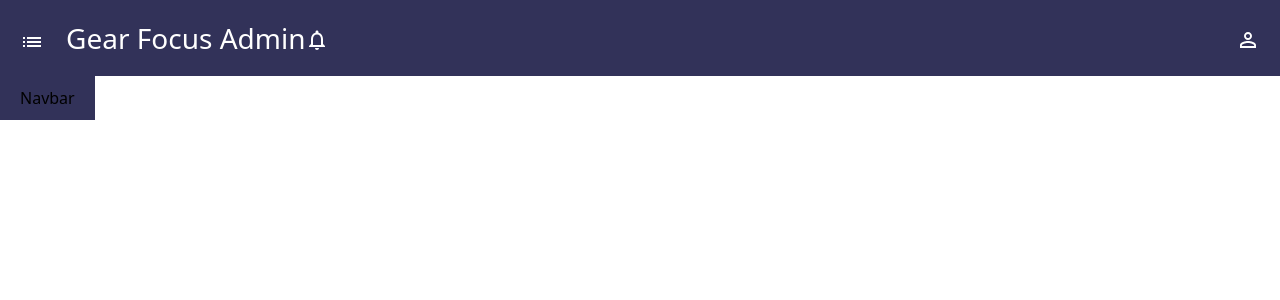
Repository: Kiendz3202/projectFinalPGS
Page: /
An editor plug-in stored every save of this project. The page is shown before and after the next save, followed by the edit.
The browser window is 1280 px wide. The pictures show the whole page.
The project was rebuilt for these pictures with package versions that can differ from the ones it lists, and the page was loaded fresh each time. Also part of the build but not shown: src/App.css.

Above is the page before, as saved 2022-03-07 22:51:03.

### src/index.tsx
import React from 'react';
import ReactDOM from 'react-dom';
import './index.css';
import App from './App';
import { BrowserRouter} from 'react-router-dom'

ReactDOM.render(
  <BrowserRouter>
    <App />
  </BrowserRouter>,
  document.getElementById('root')
);

### src/App.tsx
import React, { Fragment } from 'react';
import logo from './logo.svg';
import './App.css';
import LoginPage from './pages/LoginPage';
import Router from './Router';
import Header from './components/header/Header';
import Navbar from './components/navbar/Navbar';

function App() {
  return (
    <Fragment>
    <Header />
    <div className='flex w-full'>
    <Navbar />
    {/* <Router /> */}
    </div>
    </Fragment>
  );
}

export default App;

### src/components/header/Header.tsx
import React from 'react'
import ListIcon from '@mui/icons-material/List';
import NotificationsNoneIcon from '@mui/icons-material/NotificationsNone';
import PersonOutlineIcon from '@mui/icons-material/PersonOutline';

function Header() {
  return (
    <div className='w-full p-[20px] bg-[#323259] text-white'>
        <div className='w-full flex justify-between h-[36px] '>
        <div className='leading-[36px]'>
            <ul className='flex'>
                <li className='text-[28px] mr-[22px]'><ListIcon /></li>
                <li className='text-[28px]'>Gear Focus Admin</li>
                <li className=' text-[20px]'><NotificationsNoneIcon /></li>
            </ul>
        </div>
        <div className='leading-[36px]'>
            <PersonOutlineIcon />
        </div>
        </div>
    </div>
  )
}

export default Header

### src/components/navbar/Navbar.tsx
import React from 'react'

function Navbar() {
  return (
    <div className=' max-w-[216px] px-[20px] py-[10px] h-full bg-[#323259]'>Navbar</div>
  )
}

export default Navbar

Loaded but not shown: public/index.html (common file); src/index.css (common file); tailwind.config.js (common file)

After the next save:
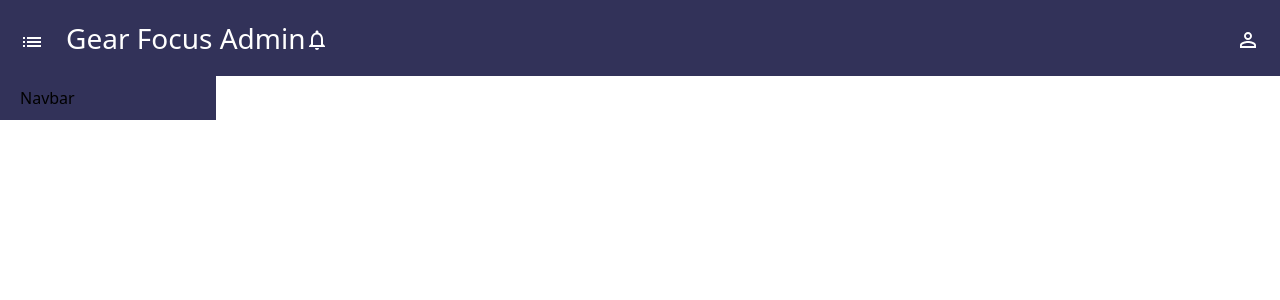
Saved 15 s later.
--- a/src/components/navbar/Navbar.tsx
+++ b/src/components/navbar/Navbar.tsx
@@ -2,7 +2,7 @@ import React from 'react'
 
 function Navbar() {
   return (
-    <div className=' max-w-[216px] px-[20px] py-[10px] h-full bg-[#323259]'>Navbar</div>
+    <div className=' w-[216px] px-[20px] py-[10px] h-full bg-[#323259]'>Navbar</div>
   )
 }
 
